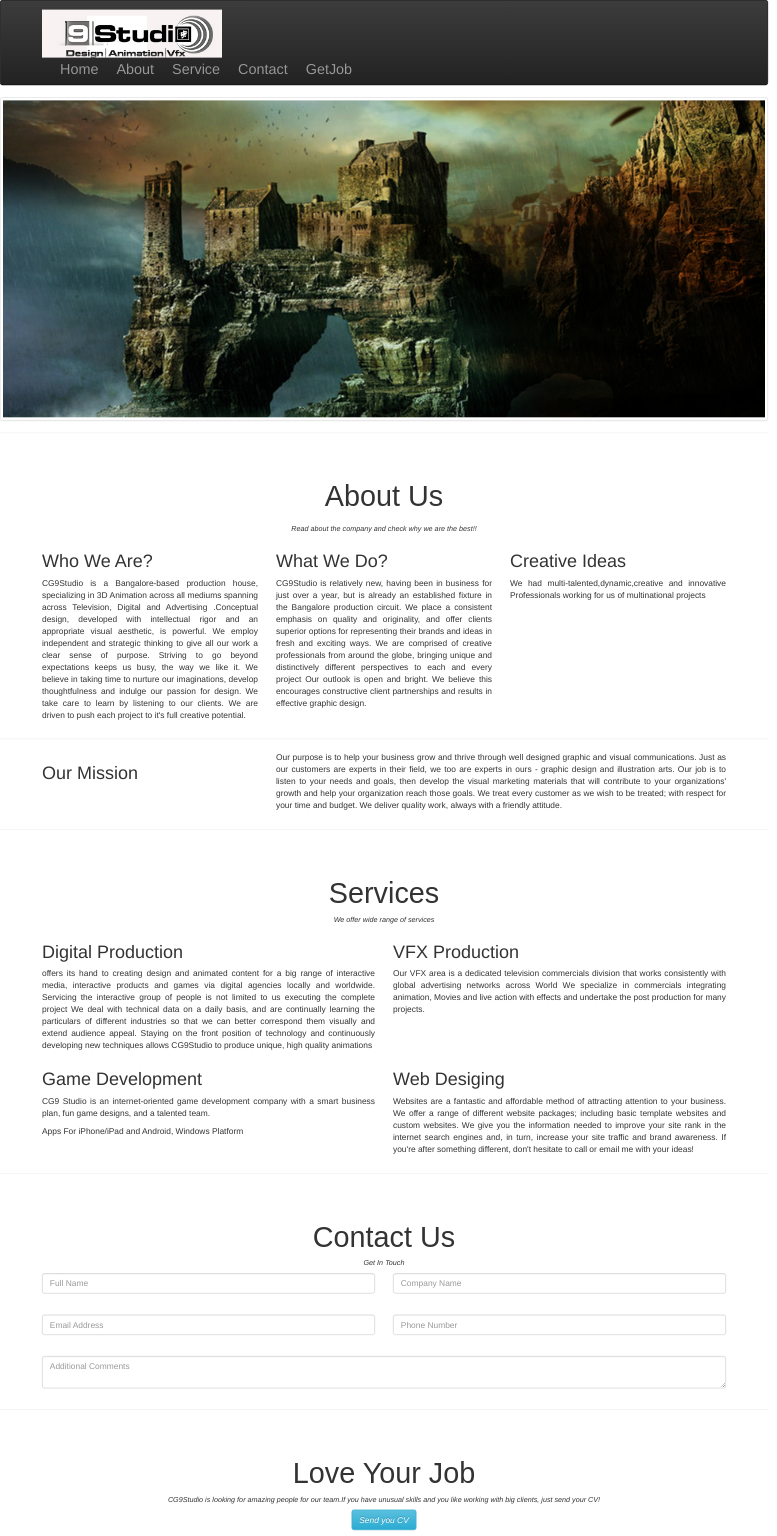
Repository: deepak6sp/BootstrapTheme1
Page: 9studio/WebContent/index.html
These files come from the project's save history. The page is drawn as it stood at one moment and after the next save; the edit follows.
The browser window is 1280 px wide. The page is 1295 px wide, so the pictures cover 1295 px, including what lies to the right of the window. The pictures show the whole page, at 60% of full size.
Some web libraries are served in a nearby version.

Above is the page before, as saved 2014-07-23 13:36:16.

### 9studio/WebContent/index.html
<!DOCTYPE html>
<html>
<head>
<meta charset="ISO-8859-1">
<title>Welcome To 9Studio</title>
<link rel="stylesheet" type="text/css" href="css/style.css">
<link rel="stylesheet" type="text/css" href="css/bootstrap.min.css">
<link rel="stylesheet" type="text/css" href="css/bootstrap-theme.min.css">
</head>
<body>
	<header class="navbar navbar-inverse">
		<div class="container">
			<div class="navbar-header">
				<button class="navbar-toggle" data-toggle="collapse" data-target="#navheaderCollapse">
					<span class="icon-bar"></span>
			        <span class="icon-bar"></span>
			        <span class="icon-bar"></span>
	      		</button>
	      		<a class="navbar-brand" href="#" title="9studio"><img src="images/logo.jpg"></a>
	      	</div>
	      	<br></br>
      		<div class="collapse navbar-collapse" id="navheaderCollapse" style="margin-top:50px;">
				<ul class="nav navbar-nav" >
					<li><a href="#">Home</a></li>
					<li><a href="#about-us">About</a></li>
					<li><a href="#service">Service</a></li>
					<li><a href="#contact">Contact</a></li>
					<li><a href="#getjob">GetJob</a></li>
				</ul>
			</div>
		</div>

	</header>
	<img src="images/home1.jpg" class="img-thumbnail">
	<hr><br></br>
		<section id="about-us">
			<div class="container">
				<div class="row text-center"><h1>About Us</h1></div>
				<div class="row text-center"><h6>Read about the company and check why we are the best!!</h6></div>
			</div>
			<div class="container">
				<div class="row">
					<div class="col-md-4">
						<h2>Who We Are?</h2>
						<p class="text-justify">CG9Studio is a Bangalore-based production house, specializing in 3D Animation across all mediums spanning across Television,
						Digital and Advertising .Conceptual design, developed with intellectual rigor and an appropriate visual aesthetic, is powerful.
						We employ independent and strategic thinking to give all our work a clear sense of purpose. Striving to go beyond expectations
						keeps us busy, the way we like it. We believe in taking time to nurture our imaginations, develop thoughtfulness and indulge our
						passion for design. We take care to learn by listening to our clients. We are driven to push each project to it's full creative
						potential.</p>
					</div>
					<div class="col-md-4">
						<h2>What We Do?</h2>
						<p class="text-justify">CG9Studio is relatively new, having been in business for just over a year, but is already an established fixture in the Bangalore
						production circuit. We place a consistent emphasis on quality and originality, and offer clients superior options for representing
						their brands and ideas in fresh and exciting ways. We are comprised of creative professionals from around the globe, bringing unique
						and distinctively different perspectives to each and every project Our outlook is open and bright. We believe this encourages
						constructive client partnerships and results in effective graphic design.</p>
					</div>
					<div class="col-md-4">
						<h2>Creative Ideas</h2>
						<p class="text-justify"> We had multi-talented,dynamic,creative and innovative Professionals working for us of multinational projects</p>
					</div>
				</div>
			</div>
			<hr>
			<div class="container">
				<div class="row">
					<div class="col-md-4">
						<h2>Our Mission</h2>
					</div>
					<div class="col-md-8">
						<p class="text-justify">Our purpose is to help your business grow and thrive through well designed graphic and visual communications. Just as our
						customers are experts in their field, we too are experts in ours - graphic design and illustration arts. Our job is to listen
						to your needs and goals, then develop the visual marketing materials that will contribute to your organizations' growth and help
						your organization reach those goals. We treat every customer as we wish to be treated; with respect for your time and budget. We
						deliver quality work, always with a friendly attitude.
					</div>
				</div>
			</div>
		</section>

	<hr><br></br>
		<section id="service">
			<div class="container">
				<h1 class="row text-center">Services</h1>
				<h6 class="row text-center">We offer wide range of services</h6>
			</div>
			<div class="container">
				<div class="row">
					<div class="col-md-6">
						<h2>Digital Production</h2>
						<p class="text-justify"> offers its hand to creating design and animated content for a big range of interactive media, interactive products and games
						via digital agencies locally and worldwide.  Servicing the interactive group of people is not limited to us executing the complete
						project We deal with technical data on a daily basis, and are continually learning the particulars of different industries so that
						we can better correspond them visually and extend audience appeal. Staying on the front position of technology and continuously
						developing new techniques allows CG9Studio to produce unique, high quality animations</p>
					</div>
					<div class="col-md-6">
						<h2>VFX Production</h2>
						<p class="text-justify">Our VFX area is a dedicated television commercials division that works consistently with global advertising networks across
						World We specialize in commercials integrating animation, Movies and live action with effects and undertake the post production for
						many projects.</p>
					</div>
				</div>
			</div>
			<div class="container">
				<div class="row">
					<div class="col-md-6">
						<h2>Game Development</h2>
						<p class="text-justify">CG9 Studio is  an internet-oriented game development company with a smart business plan, fun  game designs, and a talented team.</P>
						<p class="text-justify">Apps For  iPhone/iPad and Android, Windows Platform</p>
					</div>
					<div class="col-md-6">
						<h2>Web Desiging</h2>
						<p class="text-justify">Websites are a fantastic and affordable method of  attracting attention to your business. We offer a range of different website
						packages; including basic template websites and custom websites. We give you the  information needed to improve your site rank in the
						internet search engines  and, in turn, increase your site traffic and brand awareness.  If you're  after something different, don't
						hesitate to call or email me with your ideas!</p>
					</div>
				</div>
			</div>
		</section>

	<hr><br></br>
		<section id="contact">
			<div class="container">
				<h1 class="row text-center">Contact Us</h1>
				<h6 class="row text-center">Get In Touch</h6>
			</div>
			<div class="container">
				<form class="row">
					<div class="col-md-6">
						<div class="form-group">
							<input type="text" class="form-control" placeholder="Full Name"/>
						</div>
						<br />
						<div class="form-group">
							<input type="email" class="form-control" placeholder="Email Address">
						</div>
						<br />
					</div>
					<div class="col-md-6">
						<div class="form-group">
							<input type="text" class="form-control" placeholder="Company Name">
						</div>
						<br />
						<div class="form-group">
							<input type="number" class="form-control" placeholder="Phone Number">
						</div>
						<br />
					</div>
					<div class="col-md-12">
						<div class="form-group">
							<textarea class="form-control" placeholder="Additional Comments"></textarea>
						</div>
					</div>
				</form>
			</div>
		</section>

	<hr><br></br>
		<section id="getjob">
			<div id="container">
				<div class="row text-center">
					<h1 >Love Your Job</h1>
					<h6 >CG9Studio is looking for amazing people for our team.If you have unusual skills and you like working with big clients, just send your CV!</h6>
					<h6 ><button type="button" class="btn btn-info">Send you CV</button></h6>
				</div>
			</div>
		</section>

	<script src="http://ajax.googleapis.com/ajax/libs/jquery/1.11.1/jquery.min.js"></script>
	<script src="js/bootstrap.min.js"></script>
	<script src="js/script.js"></script>
</body>
</html>

### 9studio/WebContent/css/style.css
@CHARSET "ISO-8859-1";

div h1{
	font-family:Arial,Helvetica,sans-serif;
	font-size:48px;
}

div h6{
	font-style:italic;
}

div ul li a{
	color:grey;
	font-size:24px;
}

### 9studio/WebContent/js/script.js
$(document).ready(function(){
		$('a[href^="#"]').on('click',function (e) {
		    e.preventDefault();

		    var target = this.hash,
		    $target = $(target);

		    $('html, body').stop().animate({
		        'scrollTop': $target.offset().top
		    }, 900, 'swing', function () {
		        window.location.hash = target;
		    });
		});
	});

Loaded but not shown: 9studio/WebContent/css/bootstrap.min.css (library); 9studio/WebContent/css/bootstrap-theme.min.css (library); 9studio/WebContent/js/bootstrap.min.js (library)

After the next save:
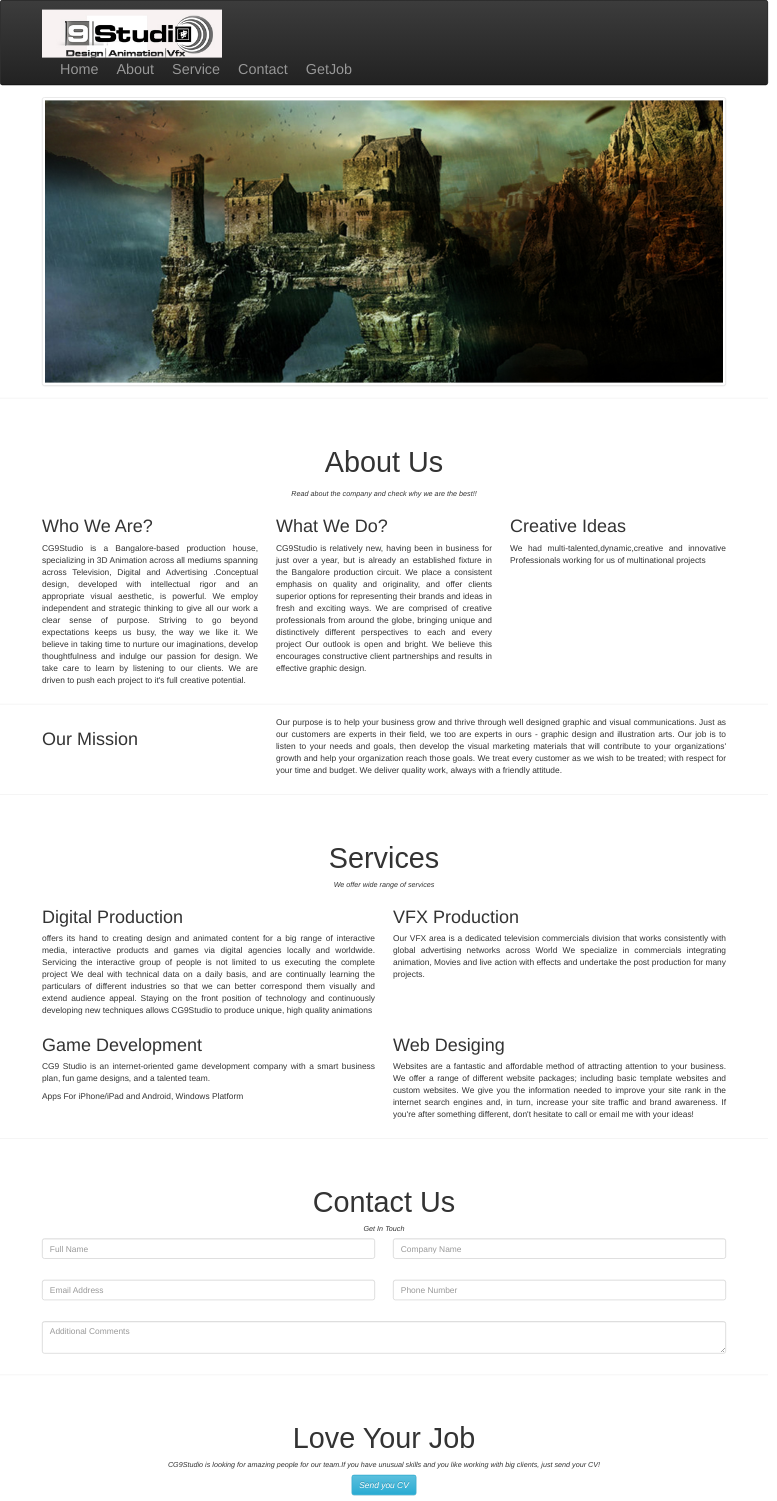
Saved 37 s later.
--- a/9studio/WebContent/index.html
+++ b/9studio/WebContent/index.html
@@ -31,7 +31,7 @@
 		</div>
 
 	</header>
-	<img src="images/home1.jpg" class="img-thumbnail">
+	<div class="container"><img src="images/home1.jpg" class="img-thumbnail"></div>
 	<hr><br></br>
 		<section id="about-us">
 			<div class="container">

After the save that followed:
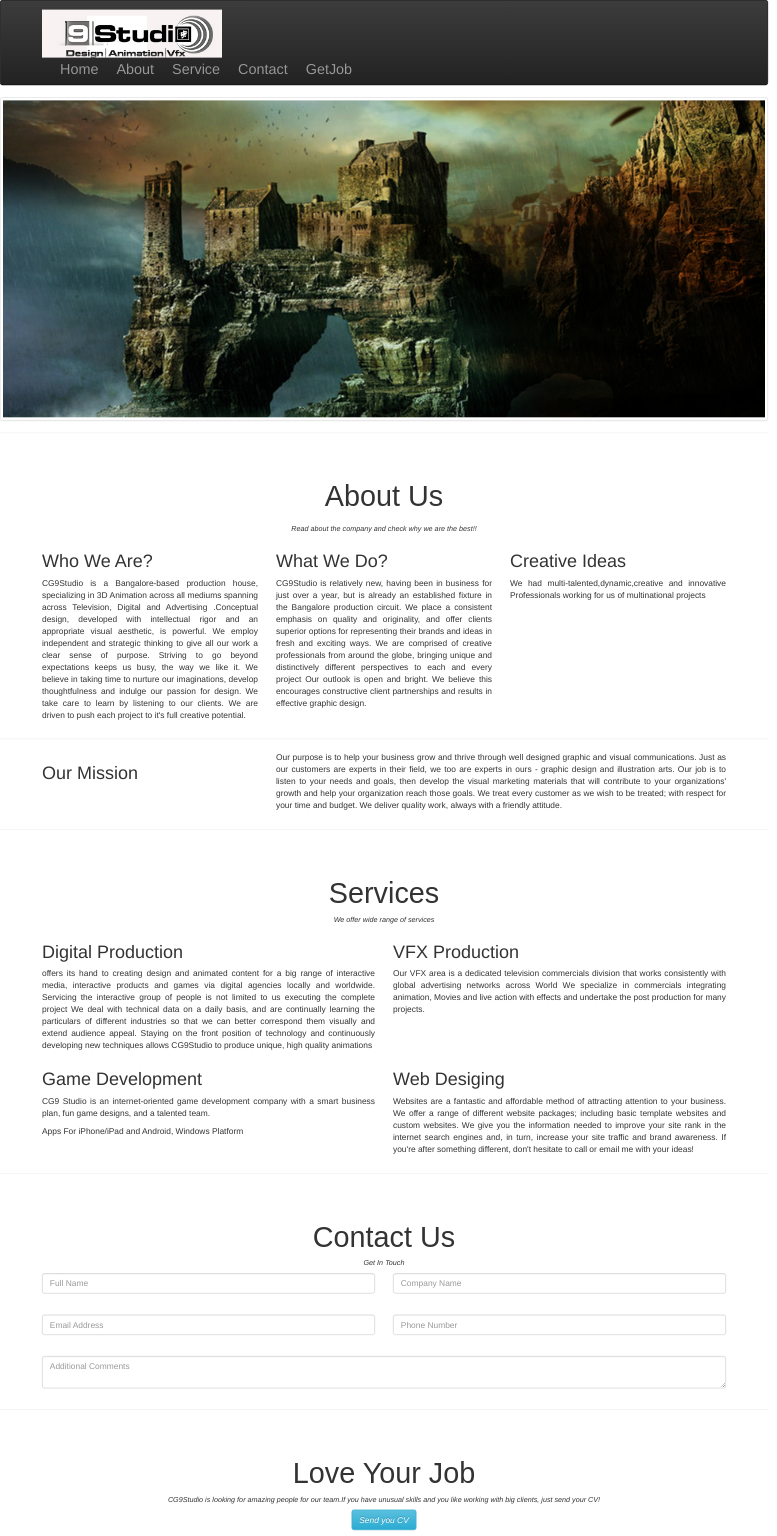
Saved 18 s later.
--- a/9studio/WebContent/index.html
+++ b/9studio/WebContent/index.html
@@ -31,7 +31,7 @@
 		</div>
 
 	</header>
-	<div class="container"><img src="images/home1.jpg" class="img-thumbnail"></div>
+	<img src="images/home1.jpg" class="img-thumbnail">
 	<hr><br></br>
 		<section id="about-us">
 			<div class="container">
